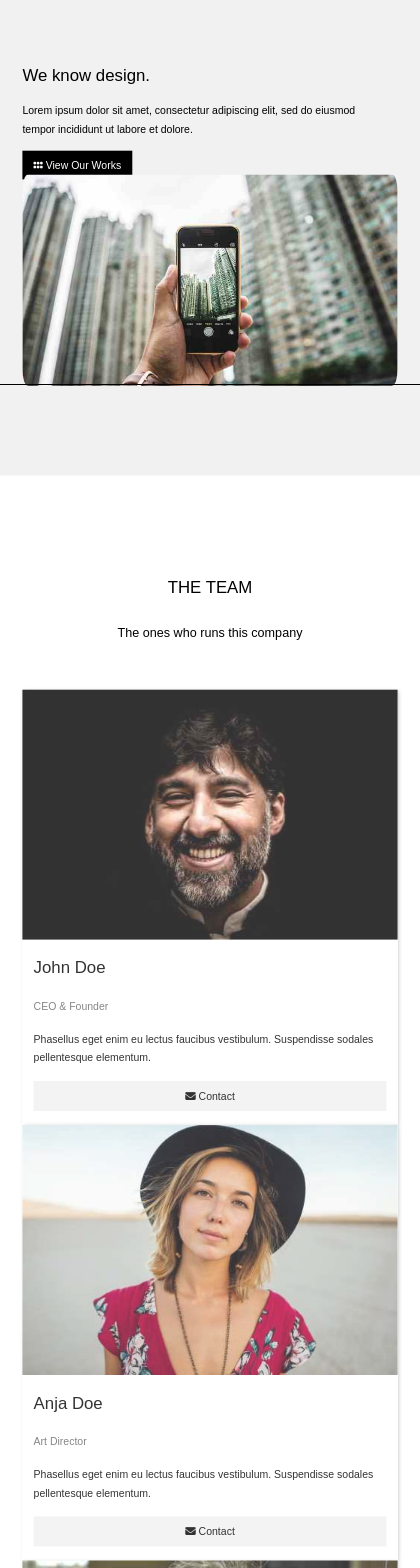
Repository: husterDC/Test
Page: index.html
The author's editor kept a copy of each file at every save. The page is drawn from the files as they stood at one save, then again after the next save.
The browser window is 600 px wide. The pictures show the part of the page from y = 2355 to 4595 px (the page is 14276 px tall before and 14298 px after), at 70% of full size.

Above is the page before, as saved 2022-10-28 11:19:07.

### index.html
<!DOCTYPE html>
<html lang="en">
<head>
    <meta charset="UTF-8">
    <meta http-equiv="X-UA-Compatible" content="IE=edge">
    <meta name="viewport" content="width=device-width, initial-scale=1.0">
    <title>Document</title>
    <link rel="stylesheet" href="./assets/fontawesome-free-6.1.1-web/css/all.min.css">
    <link rel="stylesheet" href="./fonts/themify-icons/themify-icons.css">
    <link rel="stylesheet" href="./assets/base.css">
    <link rel="stylesheet" href="./assets/style.css">
    <link rel="stylesheet" href="./assets/responsive.css">
</head>
</head>
<body>
    <div class="header">
        <div class="header_logo">
            <a href="" class="header_logo-link">Logo</a>
        </div>
        <div class="header_nav">
            <ul class="header_nav-menu">
                <li class="header_nav-item">
                    <a href="#container_about" class="header_nav-link">ABOUT</a>
                </li>
                <li class="header_nav-item">
                    <a href="#container_team" class="header_nav-link">
                        <i class="header_nav-icon header-nav_icon fa-solid fa-user-plus"></i>
                        TEAM
                    </a>
                </li>
                <li class="header_nav-item">
                    <a href="#container_work" class="header_nav-link">
                        <i class="header_nav-icon fa-solid fa-grip"></i>
                        WORK
                    </a>
                </li>
                <li class="header_nav-item">
                    <a href="#container_pricing" class="header_nav-link">
                        <i class="header_nav-icon fa-solid fa-dollar-sign"></i>
                        PRICING
                    </a>
                </li>
                <li class="header_nav-item">
                    <a href="#container_contact" class="header_nav-link">
                        <i class="header_nav-icon fa-solid fa-envelope"></i>
                        CONTACT
                    </a>
                </li>
            </ul>
            <div class="header_nav-menu-mobile">
                <i class="header-nav_icon fa-solid fa-bars"></i>
            </div>
        </div>
    </div>
    <div class="slider" id="top">
        <div class="slider_content">
            <div class="slider_title">Start something that matters</div>
            <div class="slider_dec">Stop wasting valuable time with projects that just isn't you.</div>
            <a href="" class="slider_link">
                <a href="#container_about" class="slider_btn">Learn more and start today</a>
            </a>
        </div>
        <div class="slider_social">
            <a href="" class="slider_social-link"><i class="slider_social-icon fa-brands fa-facebook"></i></a>
            <a href="" class="slider_social-link"><i class="slider_social-icon fa-brands fa-instagram"></i></a>
            <a href="" class="slider_social-link"><i class="slider_social-icon fa-brands fa-snapchat"></i></a>
            <a href="" class="slider_social-link"><i class="slider_social-icon fa-brands fa-pinterest-p"></i></a>
            <a href="" class="slider_social-link"><i class="slider_social-icon fa-brands fa-twitter"></i></a>
            <a href="" class="slider_social-link"><i class="slider_social-icon fa-brands fa-linkedin-in"></i></a>
        </div>
    </div>
    <div class="container">
        <div class="container_base" id="container_about">
            <div class="container_about-title">ABOUT THE COMPANY</div>
            <div class="container_about-dec">Key features of our company</div>
            <div class="container_about-member">
                <div class="container_about-item">
                    <i class="container_about-item-icon fa-solid fa-desktop"></i>
                    <div class="container_about-item-name">Responsive</div>
                    <div class="container_about-item-dec">Lorem ipsum dolor sit amet, consectetur adipiscing elit, sed do eiusmod tempor incididunt ut labore et dolore.</div>
                </div>
                <div class="container_about-item">
                    <i class="container_about-item-icon fa-solid fa-heart"></i>
                    <div class="container_about-item-name">Passion</div>
                    <div class="container_about-item-dec">Lorem ipsum dolor sit amet, consectetur adipiscing elit, sed do eiusmod tempor incididunt ut labore et dolore.</div>
                </div>
                <div class="container_about-item">
                    <i class="container_about-item-icon fa-regular fa-gem"></i>
                    <div class="container_about-item-name">Design</div>
                    <div class="container_about-item-dec">Lorem ipsum dolor sit amet, consectetur adipiscing elit, sed do eiusmod tempor incididunt ut labore et dolore.</div>
                </div>
                <div class="container_about-item">
                    <i class="container_about-item-icon fa-solid fa-gear"></i>
                    <div class="container_about-item-name">Support</div>
                    <div class="container_about-item-dec">Lorem ipsum dolor sit amet, consectetur adipiscing elit, sed do eiusmod tempor incididunt ut labore et dolore.</div>
                </div>
            </div>
        </div>
        <div class="container_base container_about-sub">
            <div class="container_about-sub-wrap">
                <div class="container_about-sub-title">We know design.</div>
                <div class="container_about-sub-dec">Lorem ipsum dolor sit amet, consectetur adipiscing elit, sed do eiusmod <br> tempor incididunt ut labore et dolore.</div>
                <a href="#container_work" class="container_about-sub-btn">
                    <i class="container_about-sub-icon fa-solid fa-grip"></i>
                    View Our Works
                </a>
            </div>
            <img src="./assets/img/phone_buildings.jpg" alt="" class="container_about-img">
        </div>
        <div class="container_base" id="container_team">
            <div class="container_team-title">THE TEAM</div>
            <div class="container_team-dec">The ones who runs this company</div>
            <div class="container_team-member">
                <div class="container_team-item">
                    <img src="./assets/img/team2.jpg" alt="" class="container_team-item-img">
                    <div class="container_team-item-wrap">
                        <div class="container_team-item-name">John Doe</div>
                        <div class="container_team-item-position">CEO & Founder</div>
                        <div class="container_team-item-dec">Phasellus eget enim eu lectus faucibus vestibulum. Suspendisse sodales pellentesque elementum.</div>
                        <a href="" class="container_team-btn">
                            <i class="header_nav-icon fa-solid fa-envelope"></i>
                            Contact
                        </a>
                    </div>
                </div>
                <div class="container_team-item">
                    <img src="./assets/img/team1.jpg" alt="" class="container_team-item-img">
                    <div class="container_team-item-wrap">
                        <div class="container_team-item-name">Anja Doe</div>
                        <div class="container_team-item-position">Art Director</div>
                        <div class="container_team-item-dec">Phasellus eget enim eu lectus faucibus vestibulum. Suspendisse sodales pellentesque elementum.</div>
                        <a href="" class="container_team-btn">
                            <i class="header_nav-icon fa-solid fa-envelope"></i>
                            Contact
                        </a>
                    </div>
                </div>
                <div class="container_team-item">
                    <img src="./assets/img/team3.jpg" alt="" class="container_team-item-img">
                    <div class="container_team-item-wrap">
                        <div class="container_team-item-name">Mike Ross</div>
                        <div class="container_team-item-position">Web Designer</div>
                        <div class="container_team-item-dec">Phasellus eget enim eu lectus faucibus vestibulum. Suspendisse sodales pellentesque elementum.</div>
                        <a href="" class="container_team-btn">
                            <i class="header_nav-icon fa-solid fa-envelope"></i>
                            Contact
                        </a>
                    </div>
                </div>
                <div class="container_team-item">
                    <img src="./assets/img/team4.jpg" alt="" class="container_team-item-img">
                    <div class="container_team-item-wrap">
                        <div class="container_team-item-name">Dan Star</div>
                        <div class="container_team-item-position">Designer</div>
                        <div class="container_team-item-dec">Phasellus eget enim eu lectus faucibus vestibulum. Suspendisse sodales pellentesque elementum.</div>
                        <a href="" class="container_team-btn">
                            <i class="header_nav-icon fa-solid fa-envelope"></i>
                            Contact
                        </a>
                    </div>
                </div>
            </div>
        </div>
        <div class="container_team-sub">
            <div class="container_team-sub-item">
                <div class="container_team-sub-num">14+</div>
                <div class="container_team-sub-text">Partners</div>
            </div>
            <div class="container_team-sub-item">
                <div class="container_team-sub-num">55+</div>
                <div class="container_team-sub-text">Projects Done</div>
            </div>
            <div class="container_team-sub-item">
                <div class="container_team-sub-num">89+</div>
                <div class="container_team-sub-text">Happy Clients</div>
            </div>
            <div class="container_team-sub-item">
                <div class="container_team-sub-num">150+</div>
                <div class="container_team-sub-text">Meetings</div>
            </div>
        </div>
        <div class="container_base" id="container_work">
            <div class="container_work-title">OUR WORK</div>
            <div class="container_work-dec">What we've done for people</div>
            <div class="container_work-member">
                <div class="container_work-list">
                    <img src="./assets/img/work1.jpg" alt="" class="container_work-item">
                    <img src="./assets/img/work2.jpg" alt="" class="container_work-item">
                    <img src="./assets/img/work3.jpg" alt="" class="container_work-item">
                    <img src="./assets/img/work4.jpg" alt="" class="container_work-item">
                </div>
                <div class="container_work-list">
                    <img src="./assets/img/work5.jpg" alt="" class="container_work-item">
                    <img src="./assets/img/work6.jpg" alt="" class="container_work-item">
                    <img src="./assets/img/work7.jpg" alt="" class="container_work-item">
                    <img src="./assets/img/work8.jpg" alt="" class="container_work-item">
                </div>
            </div>
        </div>
        <div class="container_work-skill">
            <div class="container_work-skill-text">
                <div class="container_work-skill-title">Our Skills.</div>
                <div class="container_work-skill-dec">Lorem ipsum dolor sit amet, consectetur adipiscing elit, sed do eiusmod
                    tempor incididunt ut labore et dolore.
                </div>
                <div class="container_work-skill-dec">Lorem ipsum dolor sit amet, consectetur adipiscing elit, sed do eiusmod
                        tempor incididunt ut labore et dolore.
                </div>
            </div>
            <div class="container_work-skill-chart">
                <i class="container_work-skill-chart-icon fa-solid fa-camera"></i>
                <p class="container_work-skill-chart-name">Photography</p>
                <div class="container_work-skill-chart-bar1">
                    90%
                </div>
                <i class="container_work-skill-chart-icon fa-solid fa-desktop"></i>
                <p class="container_work-skill-chart-name">Web Design</p>
                <div class="container_work-skill-chart-bar2">
                    85%
                </div>
                <i class="container_work-skill-chart-icon fa-regular fa-image"></i>
                <p class="container_work-skill-chart-name">Photoshop</p>
                <div class="container_work-skill-chart-bar3">
                    75%
                </div>
            </div>
        </div>
        <div class="container_base" id="container_pricing">
            <div class="container_pricing-title">PRICING</div>
            <div class="container_pricing-dec">Choose a pricing plan that fits your needs.</div>
            <div class="container_pricing-list">
                <div class="container_pricing-item">
                    <div class="container_pricing-item-header">BASIC</div>
                    <div class="container_pricing-item-content">
                        <div class="container_pricing-item-infor">
                            <p class="container_pricing-item-num">10GB</p>
                            <p class="container_pricing-item-text">Storage</p>
                        </div>
                        <div class="container_pricing-item-infor">
                            <p class="container_pricing-item-num">10</p>
                            <p class="container_pricing-item-text">Emails</p>
                        </div>
                        <div class="container_pricing-item-infor">
                            <p class="container_pricing-item-num">10</p>
                            <p class="container_pricing-item-text">Domains</p>
                        </div>
                        <div class="container_pricing-item-infor">
                            <p class="container_pricing-item-num">Endless</p>
                            <p class="container_pricing-item-text">Support</p>
                        </div>
                        <div class="container_pricing-item-infor">
                            <p class="container_pricing-item-num container_pricing-item-infor-price">$  10</p>
                            <p class="container_pricing-item-text opacity-06">per month</p>
                        </div>
                    </div>
                    <div class="container_pricing-item-footer">
                        <a href="" class="container_pricing-item-btn">Sign Up</a>
                    </div>
                </div>
                <div class="container_pricing-item container_pricing-item_pro">
                    <div class="container_pricing-item-header container_pricing-item-header_pro">BASIC</div>
                    <div class="container_pricing-item-content">
                        <div class="container_pricing-item-infor">
                            <p class="container_pricing-item-num">25GB</p>
                            <p class="container_pricing-item-text">Storage</p>
                        </div>
                        <div class="container_pricing-item-infor">
                            <p class="container_pricing-item-num">25</p>
                            <p class="container_pricing-item-text">Emails</p>
                        </div>
                        <div class="container_pricing-item-infor">
                            <p class="container_pricing-item-num">25</p>
                            <p class="container_pricing-item-text">Domains</p>
                        </div>
                        <div class="container_pricing-item-infor">
                            <p class="container_pricing-item-num">Endless</p>
                            <p class="container_pricing-item-text">Support</p>
                        </div>
                        <div class="container_pricing-item-infor">
                            <p class="container_pricing-item-num container_pricing-item-infor-price">$  25</p>
                            <p class="container_pricing-item-text opacity-06">per month</p>
                        </div>
                    </div>
                    <div class="container_pricing-item-footer">
                        <a href="" class="container_pricing-item-btn">Sign Up</a>
                    </div>
                </div>
                <div class="container_pricing-item">
                    <div class="container_pricing-item-header">BASIC</div>
                    <div class="container_pricing-item-content">
                        <div class="container_pricing-item-infor">
                            <p class="container_pricing-item-num">50GB</p>
                            <p class="container_pricing-item-text">Storage</p>
                        </div>
                        <div class="container_pricing-item-infor">
                            <p class="container_pricing-item-num">50</p>
                            <p class="container_pricing-item-text">Emails</p>
                        </div>
                        <div class="container_pricing-item-infor">
                            <p class="container_pricing-item-num">50</p>
                            <p class="container_pricing-item-text">Domains</p>
                        </div>
                        <div class="container_pricing-item-infor">
                            <p class="container_pricing-item-num">Endless</p>
                            <p class="container_pricing-item-text">Support</p>
                        </div>
                        <div class="container_pricing-item-infor">
                            <p class="container_pricing-item-num container_pricing-item-infor-price">$  50</p>
                            <p class="container_pricing-item-text opacity-06">per month</p>
                        </div>
                    </div>
                    <div class="container_pricing-item-footer">
                        <a href="" class="container_pricing-item-btn">Sign Up</a>
                    </div>
                </div>
            </div>
        </div>
        <div class="container_base" id="container_contact">
            <div class="container_contact-title">CONTACT</div>
            <div class="container_contact-dec">Lets get in touch. Send us a message:</div>
            <div class="container_contact-infor">
                <div class="container_contact-infor-item">
                    <i class="fa-solid fa-location-dot container_contact-icon"></i>
                    <p class="container_contact-data">Chicago, US</p>
                </div>
                <div class="container_contact-infor-item">
                    <i class="container_contact-icon fa-solid fa-phone"></i>
                    <div class="container_contact-data">Phone: +00 151515</div>
                </div>
                <div class="container_contact-infor-item">
                    <i class="container_contact-icon fa-solid fa-envelope"></i>
                    <div class="container_contact-data">Email: mail@mail.com</div>
                </div>
            </div>
            <div class="container_contact-form">
                <form action="">
                    <div class="container_contact-form-data">
                        <input type="text" name="" required placeholder="Name" id="">
                        <input type="email" name="" required placeholder="Email" id="">
                        <input type="text"  name="" required placeholder="Subject" id="">
                        <input type="text"  name="" required placeholder="Message" id="">
                    </div>
                    <div class="container_contact-btn">
                        <i class="fa-solid fa-paper-plane"></i>
                        <input class="send-mesage-btn" type="submit" value="SEND MESSAGE">
                    </div>
                </form>
            </div>
            <img src="./assets/img/map.jpg" alt="" class="container_contact-map">
        </div>
    </div>
    <div class="footer">
        <a href="#top" class="footer_btn">
            <i class="footer_btn-icon fa-solid fa-arrow-up"></i>
            To the top
        </a>
        <div class="footer_social">
            <a href="" class="footer_social-link"><i class="footer_social-icon fa-brands fa-facebook"></i></a>
            <a href="" class="footer_social-link"><i class="footer_social-icon fa-brands fa-instagram"></i></a>
            <a href="" class="footer_social-link"><i class="footer_social-icon fa-brands fa-snapchat"></i></a>
            <a href="" class="footer_social-link"><i class="footer_social-icon fa-brands fa-pinterest-p"></i></a>
            <a href="" class="footer_social-link"><i class="footer_social-icon fa-brands fa-twitter"></i></a>
            <a href="" class="footer_social-link"><i class="footer_social-icon fa-brands fa-linkedin-in"></i></a>
        </div>
        <div class="footer_copyright">
            Powered by
            <a href="" class="footer_copyright-link">w3.css</a>
        </div>
    </div>
</body>
</html>

### assets/base.css
html {
    font-size: 16px;
    line-height: 1.8;
    font-family: 'Roboto', sans-serif;
    box-sizing: border-box;
}
.container_base {
    padding: 128px 16px;
}

### assets/responsive.css
@media (min-width: 740px) and (max-width: 1023px) {
    .container_team-member {
        flex-wrap: wrap;
    }
    .container_team-item {
        width: 47.7%;
        margin: 8px;
    }
    .container_work-item {
        width: 50%;
        margin-top: -16px;
    }
    .container_work-list {
        margin: 16px 0;
    }
}
@media (max-width: 739px) {
    .header_nav-menu {
        display: none;
    }
    .header_nav-menu-mobile {
        display: inline-block;
    }
    .container_about-member,
    .container_work-member,
    .container_work-skill,
    .container_pricing-list,
    .container_contact-member,
    .container_about-sub,
    .container_team-member,
    .container_team-sub {
        flex-wrap: wrap;
    }

    .container_about-item,
    .container_work-item,
    .container_pricing-item,
    .container_contact-item,
    .container_work-skill-text,
    .container_work-skill-chart,
    .container_team-item,
    .container_about-sub-wrap,
    .container_about-img,
    .container_team-sub-item {
        width: 100%;
    }

}

Loaded but not shown: assets/fontawesome-free-6.1.1-web/css/all.min.css (library); fonts/themify-icons/themify-icons.css (common file); assets/style.css (505 lines, source omitted)

After the next save:
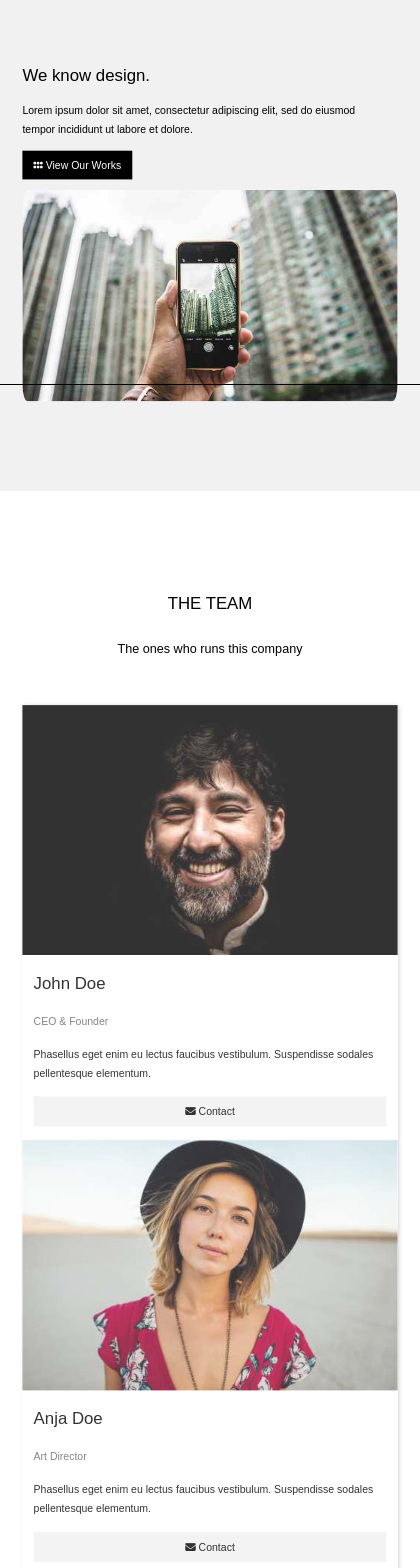
Saved 2 min 9 s later.
--- a/assets/responsive.css
+++ b/assets/responsive.css
@@ -44,5 +44,7 @@
     .container_team-sub-item {
         width: 100%;
     }
-
+    .container_about-img {
+        margin-top: 22px;
+    }
 }
